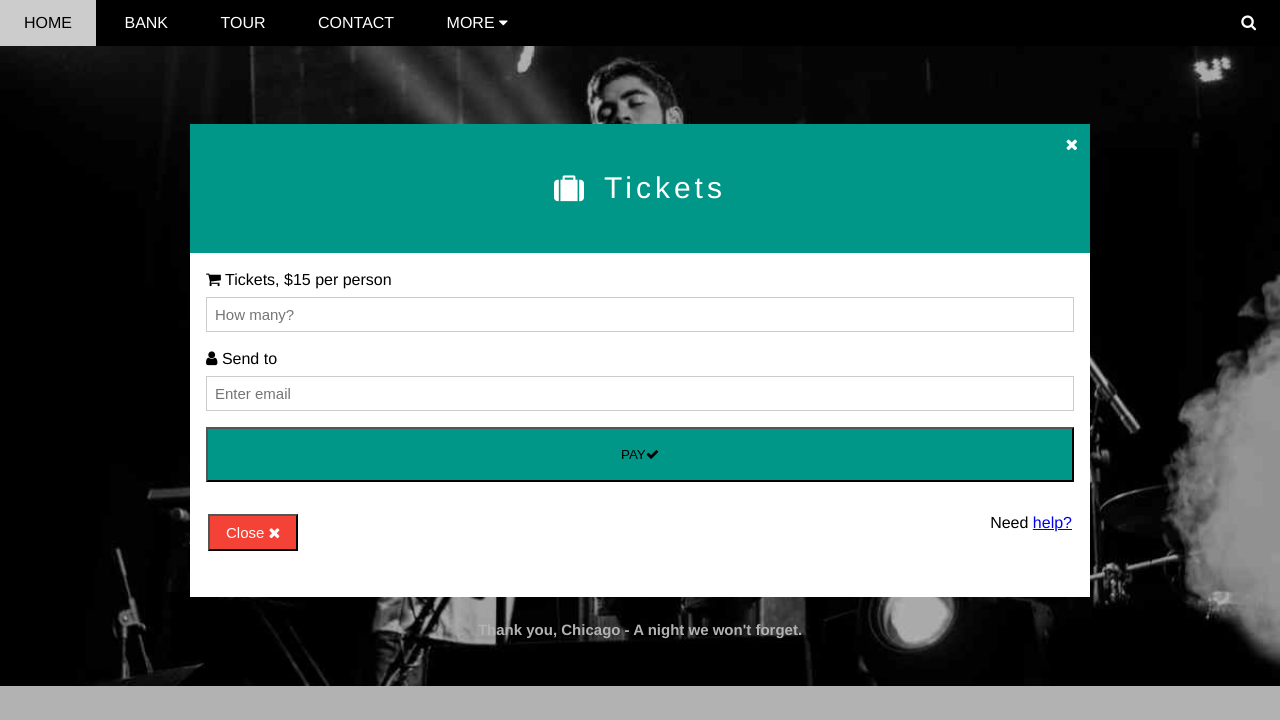
Repository: vuongtm1999/TheBand_W3School
Page: index.html
These files come from the project's save history. The page is drawn as it stood at one moment and after the next save; the edit follows.
The browser window is 1280 px wide. The pictures show the window.
The pointer rests on the first visible `.btn-pay`.
A layer covers the whole window, so only the first screen is drawn.

Above is the page before, as saved 2022-08-27 16:16:11.

### index.html
<!DOCTYPE html>
<html lang="en">
<head>
    <meta charset="UTF-8">
    <meta http-equiv="X-UA-Compatible" content="IE=edge">
    <meta name="viewport" content="width=device-width, initial-scale=1.0">
    <title>Document</title>
    <link rel="stylesheet" href="./assets/css/style.css">
    <link rel="stylesheet" href="https://cdnjs.cloudflare.com/ajax/libs/font-awesome/4.7.0/css/font-awesome.min.css">

</head>
<body>
        <div id="header">
            <!-- begin: nav -->
            <ul id="nav">
                <li><a href="#">Home</a></li>
                <li><a href="#">Bank</a></li>
                <li><a href="#">Tour</a></li>
                <li><a href="#">Contact</a></li>
                <li>
                    <a href="#">More <i style="font-size: 15px;" class="fa fa-caret-down"></i></a>
                    <ul class="subnav">
                        <li><a href="#">Merchandise</a></li>
                        <li><a href="#">Extras</a></li>
                        <li><a href="#">Media</a></li>
                    </ul>
                </li>
            </ul>
            <!-- end: nav -->

            <!-- begin: search button -->
            <div class="search-button">
                <i class="fa fa-search"></i>
            </div>
            <!-- end: search button -->
        </div>

        <div id="slider">
            <div class="text-content">
                <div class="container">
                    <h3 class=text-heading>
                        Chicago
                    </h3>
                    <div class="text-description">
                        Thank you, Chicago - A night we won't forget.
                    </div>
                </div>
            </div>
        </div>

        <div id="content">
            <!-- about section -->
            <div class="content-section">
                <h2 class="section-heading">THE BAND</h2>
                <p class="section-sub-heading">We love music</p>
                <p class="section-about-text">We have created a fictional band website. Lorem ipsum dolor sit amet, consectetur adipiscing elit, sed do eiusmod tempor incididunt ut labore et dolore magna aliqua. Ut enim ad minim veniam, quis nostrud exercitation ullamco laboris nisi ut aliquip ex ea commodo consequat. Duis aute irure dolor in reprehenderit in voluptate velit esse cillum dolore eu fugiat nulla pariatur. Excepteur sint occaecat cupidatat non proident, sunt in culpa qui officia deserunt mollit anim id est laborum consectetur adipiscing elit, sed do eiusmod tempor incididunt ut labore et dolore magna aliqua. Ut enim ad minim veniam, quis nostrud exercitation ullamco laboris nisi ut aliquip ex ea commodo consequat.</p>

                <div class="member-list">

                    <div class="member-item">
                        <p class="member-name">Name</p>
                        <img class="member-image" src="assets/img/bandmember.jpg" alt="member">
                    </div>

                    <div class="member-item">
                        <p class="member-name">Name</p>
                        <img class="member-image" src="assets/img/bandmember.jpg" alt="member">
                    </div>

                    <div class="member-item">
                        <p class="member-name">Name</p>
                        <img class="member-image" src="assets/img/bandmember.jpg" alt="member">
                    </div>

                    <div class="clearFloat"></div>
                </div>
            </div>

            <!-- TOUR DATES section -->
            <div class="tour-section">
                <div class="content-section">
                    <h2 class="section-heading">THE BAND</h2>
                    <p class="section-sub-heading">We love music</p>

                    <ul class="ticket-list">
                        <li>September <span class="soldout">Sold out</span></li>
                        <li>October <span class="soldout">Sold out</span></li>
                        <li>November <span class="quantity">3</span></li>
                    </ul>

                    <div class="place-ticket">

                        <div class="place-item">
                            <img src="assets/img/place/newyork.jpg" alt="img-ticket" class="place-img">
                            <div class="place-body">
                                <h3 class="place-city">New York</h3>
                                <p class="place-time">Fri 27 Nov 2016</p>
                                <p class="place-description">Praesent tincidunt sed tellus ut rutrum sed vitae justo.</p>
                                <a href="#" class="place-buy-tickets">Buy tickets</a>
                            </div>
                        </div>

                        <div class="place-item">
                            <img src="assets/img/place/newyork.jpg" alt="img-ticket" class="place-img">
                            <div class="place-body">
                                <h3 class="place-city">New York</h3>
                                <p class="place-time">Fri 27 Nov 2016</p>
                                <p class="place-description">Praesent tincidunt sed tellus ut rutrum sed vitae justo.</p>
                                <a href="#" class="place-buy-tickets">Buy tickets</a>
                            </div>
                        </div>

                        <div class="place-item">
                            <img src="assets/img/place/newyork.jpg" alt="img-ticket" class="place-img">
                            <div class="place-body">
                                <h3 class="place-city">New York</h3>
                                <p class="place-time">Fri 27 Nov 2016</p>
                                <p class="place-description">Praesent tincidunt sed tellus ut rutrum sed vitae justo.</p>
                                <a href="#" class="place-buy-tickets">Buy tickets</a>
                            </div>
                        </div>

                        <div class="clearFloat"></div>
                    </div>
                </div>
            </div>



            <!-- CONTACT section -->
            <div class="content-section">
                <h2 class="section-heading">THE BAND</h2>
                <p class="section-sub-heading">We love music</p>
            </div>

        </div>

        <!-- Modal dialog -->
        <div id="modal">
            <div class="modal-container">
                <i class="fa fa-times close-icon" aria-hidden="true"></i>
                <header class="modal-header">
                    <i class="fa fa-suitcase mr-5"></i>
                     Tickets
                </header>
                <div class="modal-body">
                    <label for="quantity-sticket" class="modal-label">
                        <i class="fa fa-shopping-cart" aria-hidden="true"></i>
                        Tickets, $15 per person
                    </label>
                    <input type="text" id="quantity-sticket" class="quantity-sticketet" placeholder="How many?">

                    <label for="send-to-sticket" class="modal-label">
                        <i class="fa fa-user" aria-hidden="true"></i>
                        Send to
                    </label>
                    <input type="text" id="send-to-sticket" class="send-to-sticket" placeholder="Enter email" class=placeholder="Enter email">

                    <button id="btn-pay" class="btn-pay">PAY<i class="fa fa-check" aria-hidden="true"></i></button>
                </div>

                <div class="modal-footer">
                    <button class="btn-close">Close <i class="fa fa-times" aria-hidden="true"></i></button>

                    <div class="modal-text-help">Need <a href="#" id="btn-help">help?</a></div>
                </div>
            </div>
        </div>

        <div id="footer">

        </div>
    </div>
</body>
</html>

### assets/css/style.css
/* reset CSS */
* {
    margin: 0;
    padding: 0;
    box-sizing: border-box;
}

html {
    font-family: Helvetica, Arial, sans-serif;
}

#nav, .subnav, li{
    list-style-type: none;
}

#nav{
    display: inline-block;
}

/*
Nguyen tac lam viec
1. Vi tri
2. Kich thuoc
3. Mau sac
4. Kieu dang (kieu chu, hinh tron hay hinh vuong,...)
*/

/*
Tu ngoai vao trong
Tu tren xuong duoi
TU tong quan den chi tiet
 */

#main {}

#header {
    position: fixed;
    z-index: 1;
    height: 46px;
    background-color: #000;
    color: #fff;
    top: 0;
    left: 0;
    right: 0;
}

#nav li {
    text-decoration: none;
    line-height: 46px;
}

a{
    text-decoration: none;
}

#nav > li > a {
    /* display: inline-block; */
    padding: 0px 24px;
    color: #ffffff;
    text-transform: uppercase;
}

#nav > li {
    display: inline-block;
}

#nav li:last-child {
    position: relative;
}

#nav .subnav {
    background-color: #fff;
    position: absolute;
    display: none;
    top: 100%;
    left: 0;
    box-shadow:  0px 0px 10px rgba(0, 0, 0, 0.3);
    min-width: 160px;
}

#nav .subnav a{
    color: #000;
    padding: 0px 12px;
    line-height: 30px;
    display: inline-block;
    width: 100%;
}

#nav .subnav li:hover,
#nav > li:hover > a {
    color: #000;
    background-color: #ccc;
    display: block;
}

#nav > li:last-child:hover .subnav{
    display: block;
}

/* search btn */
#header .search-button{
    float: right;
    line-height: 46px;
    padding: 0 24px;
}

#header .search-button:hover{
    background-color: #f44336;
    cursor: pointer;
}

#slider {
    /* background-color: rgb(27, 22, 22); */
    margin-top: 46px;
/* padding-top bang 50% chieu rong cua thanh phan do */
    padding-top: 50%;
    position: relative;
    background: url("/assets/img/chicago.jpg") top center / cover no-repeat;
}

#slider .text-content{
    position: absolute;
    color: white;
    bottom: 48px;

    /* cach 1 */
    /* left: 50%;
    transform: translateX(-50%); */
    /* cach 2 */
    /* left: 0;
    right: 0; */
    /* cach 3 */
    width: 100%;
    text-align: center;
}

.text-heading{
    font-size: 24px;
    font-weight: 400;
}

.text-description{
    margin-top: 25px;
    font-weight: bolder;
    font-size: 15px;
}

#content .content-section{
    width: 800px;
    padding: 64px 0;
    margin-left: auto;
    margin-right: auto;
}

.content-section .section-heading,
.content-section .section-about-text{
    margin: 15px 0px;
}

.content-section .section-heading,
.content-section .section-sub-heading{
    text-align: center;
}

.content-section .section-sub-heading{
    font-size: 15px;
    opacity: 0.7;
    font-style: italic;
}

.content-section .section-heading{
    font-size: 30px;
    font-weight: 500;
    letter-spacing: 4px;
}

.content-section .section-about-text{
    /* line-height khong co px */
    line-height: 1.5;
    font-size: 15px;
    text-align: justify;
}

.content-section .member-item{
    float: left;
    width: calc(100%/3);

    /* width: 33.333%; */
}

.content-section .member-list{
    margin: 32px 0;
    text-align: center;

    /* Khac phuc khi dung float :left */
    /* overflow: hidden; */
}

.content-section .member-name{
    /* text-align: center; */
}

.content-section .member-name{
    margin: 15px 0;
}

.content-section .member-image{
    width: 154px;
    border-radius: 4px;
}

.content-section .clearFloat{
    /* Khac phuc khi dung float :left */
    clear: both;
}

/* Tour section */
.tour-section{
    background-color: #000;
}

/*  begin: tour section */
.section-heading,
.section-sub-heading{
    color: white;
}

.ticket-list{
    background-color: white;
}

.ticket-list > li{
    font-size: 15px;
    padding: 12px;
    border-bottom: 1px solid #ddd;
    color: #757575;
}

.soldout{
    background-color: #f44336;
    padding: 6px;
    margin-left: 16px;
    color: #fff;
}

.quantity{
    float: right;
    margin-right: 16px;
    background-color: #000;
    width: 24px;
    height: 24px;
    border-radius: 50%;
    color: white;
    text-align: center;
    line-height: 24px;
    margin-top: -3px;
}

/* place-ticket */
.place-ticket{
    /* margin-top: 32px; */
    padding-top: 32px;
    margin-left: -8px;
    margin-right: -8px;
}

.place-item{
    float: left;
    width: 33.3333%;
    padding: 0 8px;
}

.place-img{
    width: 100%;
    display: block;
}

.place-img:hover{
    opacity: 0.7;
}

.place-body{
    background-color: white;
    color: rgb(1, 1, 1);
    padding: 16px;
}

.place-city{
    font-weight: 550;
}

.place-time{
    opacity: 0.8;
    margin: 15px 0;
}

.place-description{
    margin: 15px 0;
    line-height: 1.5;
}

.place-buy-tickets{
    background-color: #000;
    padding: 8px 16px;
    color: white;
    display: inline-block;
}

.place-buy-tickets:hover{
    background-color: #ccc;
    color: #000;
}

/* modal dialog */
#modal{
    position: fixed;
    background-color: rgba(0, 0, 0, 0.3);
    top: 0;
    left: 0;
    right: 0;
    bottom: 0;

    display: flex;
    align-items: center;
    justify-content: center;
}

.modal-container{
    background-color: #fff;
    width: 900px;
    min-height: 473px;
    position: relative;
}

.modal-header {
    height: 129px;
    background-color: #009688;
    display: flex;
    align-items: center;
    justify-content: center;
    letter-spacing: 4px;
    font-weight: 400;
    font-size: 30px;
    color: #fff;
}

.mr-5{
    margin-right: 16px;
}
.close-icon{
    position: absolute;
    top: 0;
    right: 0;
    padding: 12px;
    color: #fff;
}

.close-icon:hover{
    background-color: #ccc;
    color: #000
}

.modal-body {
    padding: 0 16px;
}

.modal-label{
    display: block;
    margin: 18px 0 8px 0;
}

.quantity-sticketet,
.send-to-sticket{
    border: 1px solid #ccc;
    padding: 8px;
    font-size: 15px;
    width: 100%;
}

.btn-pay{
    margin: 16px 0;
    width: 100%;
    background-color: #009688;
    padding: 18px;
}

.modal-footer{
    padding: 0 18px;
    margin: 16px 0;
}

.modal-text-help{
    float: right;
}

.btn-close{
    padding: 8px 16px;
    font-size: 15px;
    color: #fff;
    background-color: #f44336;
}

#btn-help{
    text-decoration: underline !important;
}



#container {
    /* height: 500px;
    background-color: #ccc; */
}

#content {}

#footer {}

After the next save:
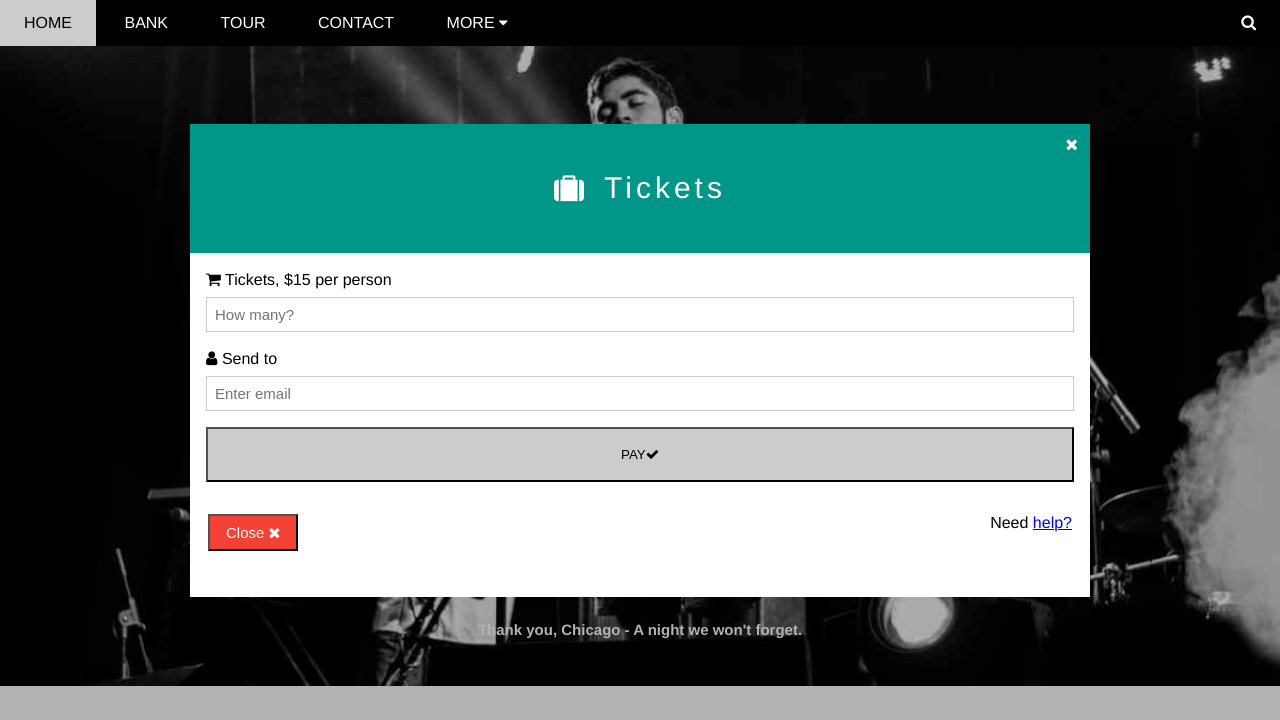
Saved 69 s later.
--- a/assets/css/style.css
+++ b/assets/css/style.css
@@ -384,6 +384,10 @@ a{
     padding: 18px;
 }
 
+.btn-pay:hover{
+    background-color: #ccc;
+}
+
 .modal-footer{
     padding: 0 18px;
     margin: 16px 0;
